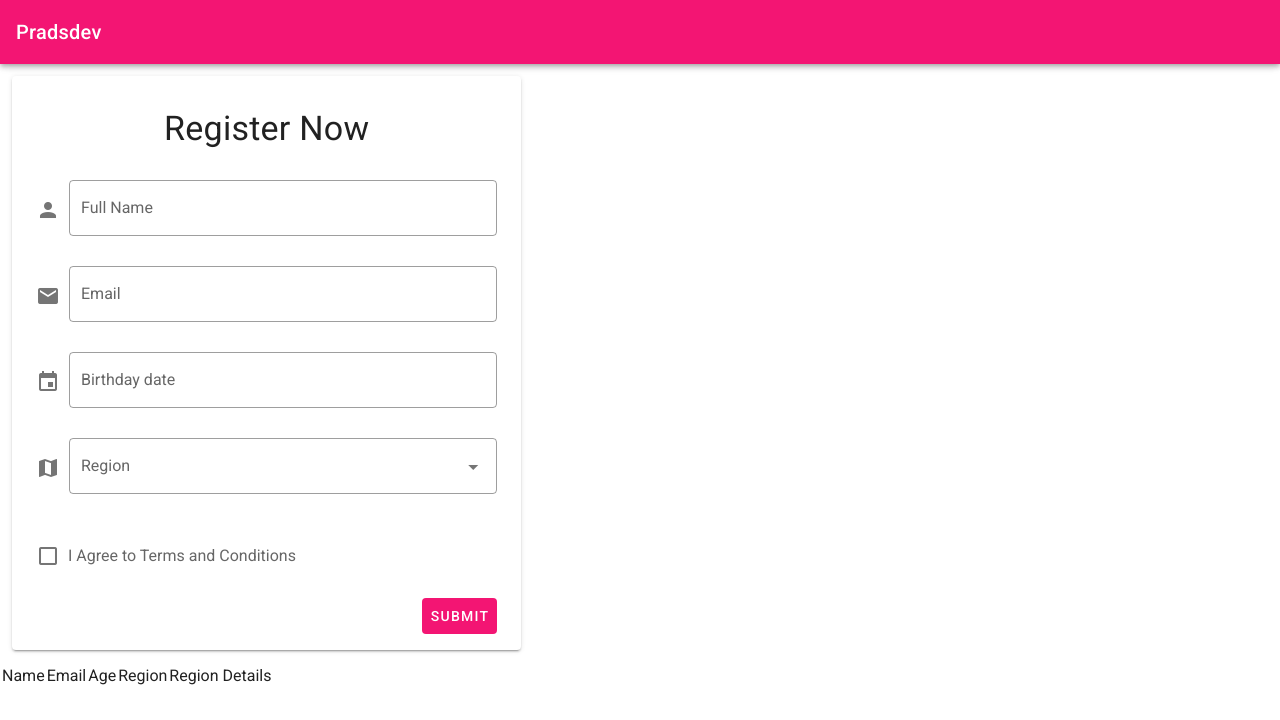
Repository: pradsdev/vue-form-validate
Page: /
These files come from the project's save history. The page is drawn as it stood at one moment and after the next save; the edit follows.
The browser window is 1280 px wide. The pictures show the whole page.
The project was rebuilt for these pictures with package versions that can differ from the ones it lists, and the page was loaded fresh each time. Also part of the build but not shown: vue.config.js.

Above is the page before, as saved 2020-12-22 16:54:16.

After the next save:
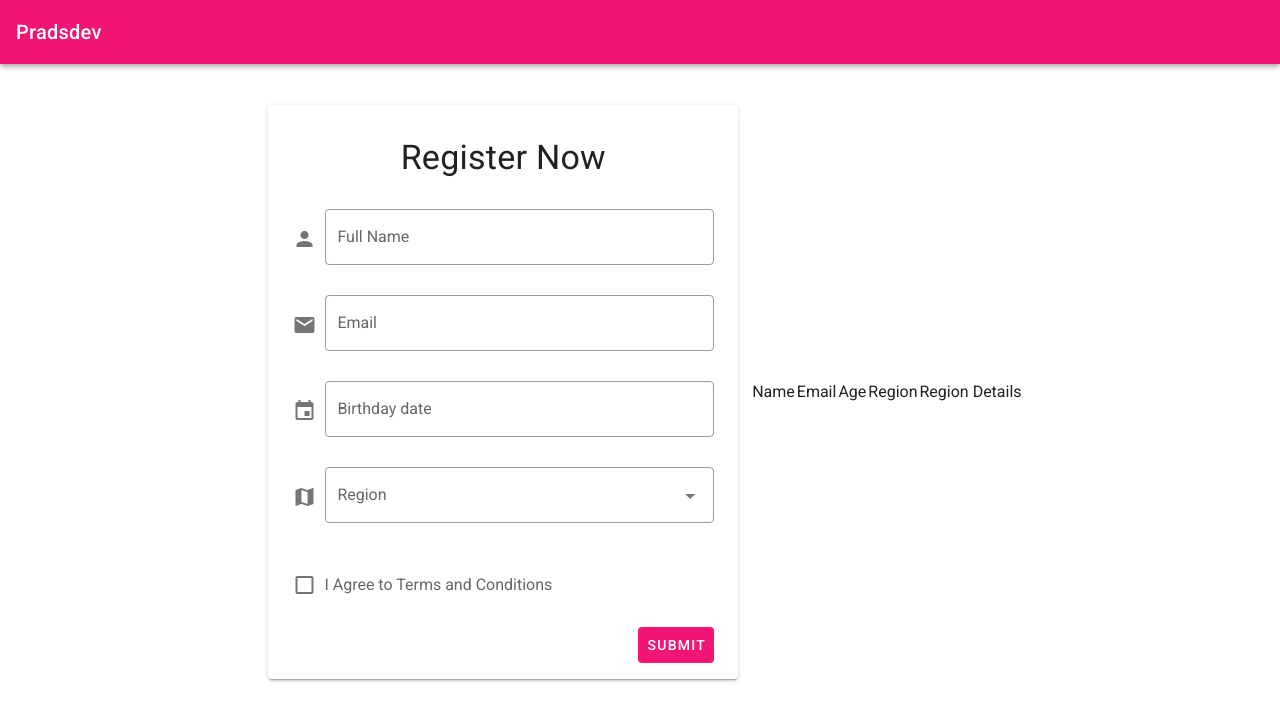
Saved 18 s later.
--- a/src/App.vue
+++ b/src/App.vue
@@ -13,8 +13,12 @@
     </v-app-bar>
 
     <v-main>
-      <Form @update="($event) => items.push($event)"/>
-      <Table :data="items"/>
+      <v-container fill-height>
+        <v-row class="text-center justify-center">
+          <Form @update="($event) => items.push($event)"/>
+          <Table :data="items"/>
+        </v-row>
+      </v-container>
     </v-main>
   </v-app>
 </template>
